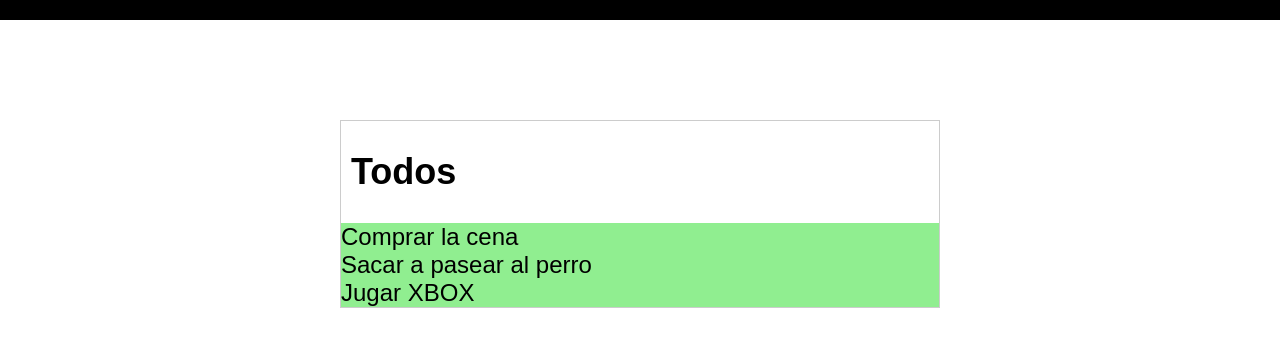
Repository: MauriVaz/Primer-app-con-Vue
Page: /
An editor plug-in stored every save of this project. The page is shown before and after the next save, followed by the edit.
The browser window is 1280 px wide. The pictures show the whole page.
The project was rebuilt for these pictures with package versions that can differ from the ones it lists, and the page was loaded fresh each time. Also part of the build but not shown: vue.config.js.

Above is the page before, as saved 2022-12-13 03:36:53.

### public/index.html
<!DOCTYPE html>
<html lang="">
  <head>
    <meta charset="utf-8">
    <meta http-equiv="X-UA-Compatible" content="IE=edge">
    <meta name="viewport" content="width=device-width,initial-scale=1.0">
    <link rel="icon" href="<%= BASE_URL %>favicon.ico">
    <title><%= htmlWebpackPlugin.options.title %></title>
  </head>
  <body>
    <noscript>
      <strong>Por favor activa Javascript</strong>
    </noscript>
    <div id="app"></div>
    <!-- built files will be auto injected -->
  </body>
</html>

### src/App.vue
<template>
  <div id="header"></div>
  <div id="main-container">
    <h2>Todos</h2>
    <Todos v-bind:todoslist="copyTodos" />
  </div>
</template>

<script>
// import HelloWorld from './components/HelloWorld.vue'
// import Search from './components/Search.vue';
// import TodoAdd from "./components/TodoAdd.vue"
import Todos from './components/Todos';

export default {
  name: 'App',
  components: {
    Todos
  },
  data(){
    return{
      todos:[
        {
          id:0,
          title:"Comprar la cena",
          completed:false
        },{
          id:1,
          title:"Sacar a pasear al perro",
          completed:true
        },{
          id:2,
          title:"Jugar XBOX",
          completed:false
        }
      ],
      copyTodos:[]
    }
  },
  created(){
    this.copyTodos=[...this.todos]
  }
}
</script>

<style>
*{
  box-sizing: border-box;
}

body{
  font-family: Arial, Helvetica, sans-serif;
  font-size: 1.5em;
  padding: 0;
  margin: 0;
 }
 #main-container{
   border: solid 1px #ccc;
   width: 600px;
   margin: 100px auto;
  }
  #header{
  background:black;
  padding: 10px;
}
h2{
   padding: 0 10px;
 }

</style>

### src/components/Todos.vue
<template>
    <div class="container">
        <div v-bind:key="todo.id" v-for="todo in todoslist">
            <div>{{todo.title}}</div>
        </div>
    </div>
</template>

<script>
export default{
    // eslint-disable-next-line vue/multi-word-component-names
    name:'Todos',
    props:['todoslist']
}
</script>

<style>
.container{
    background-color: lightgreen;
}
</style>

Loaded but not shown: src/main.js (common file)

After the next save:
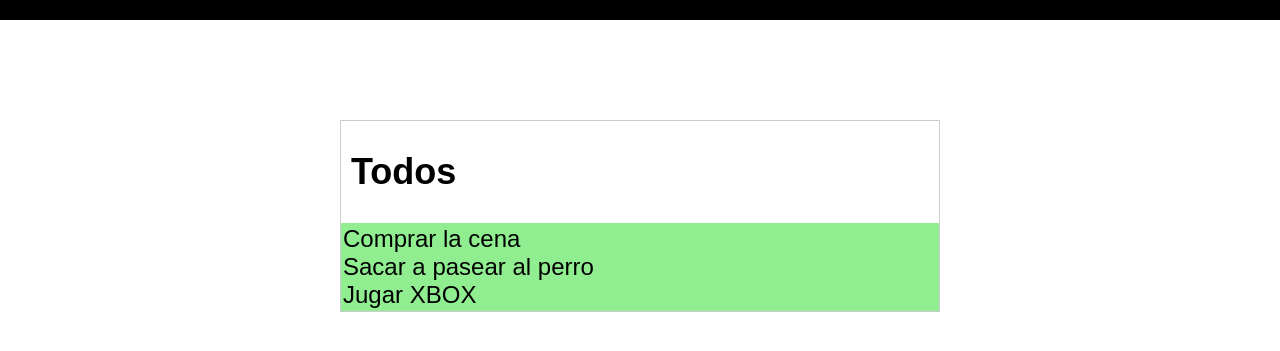
Saved 10 s later.
--- a/src/components/Todos.vue
+++ b/src/components/Todos.vue
@@ -17,5 +17,6 @@ export default{
 <style>
 .container{
     background-color: lightgreen;
+    padding: 2px;
 }
 </style>
